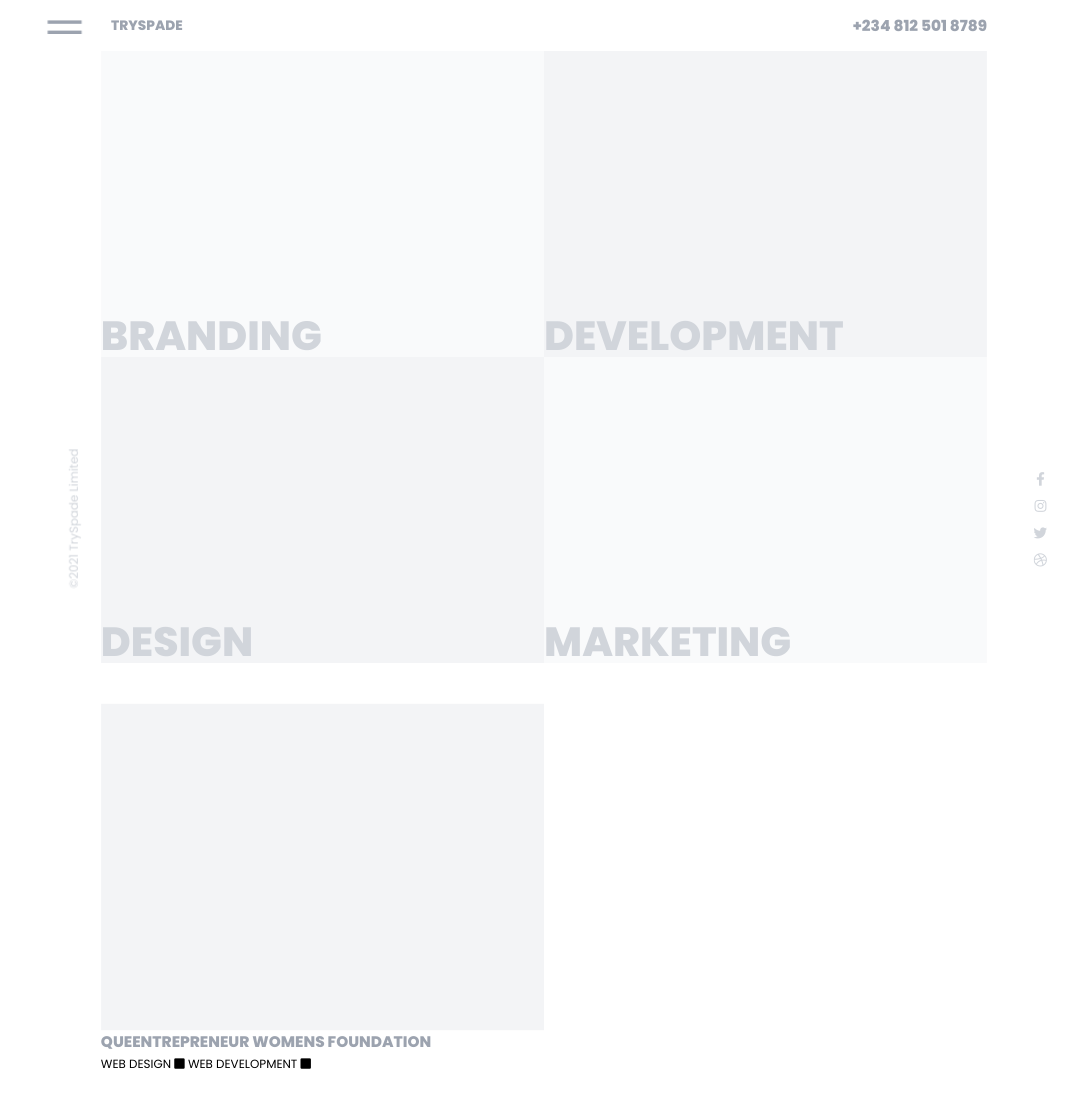
Repository: latenightsnacc/super-octo-fortnight
Page: new.html
An editor plug-in stored every save of this project. The page is shown before and after the next save, followed by the edit.
The browser window is 1280 px wide. The pictures show the whole page, at 85% of full size.
Some web libraries are served in a nearby version.

Above is the page before, as saved 2021-03-01 14:13:03.

### new.html
<!DOCTYPE html>
<html lang="en">
<head>
    <meta charset="UTF-8">
    <meta name="viewport" content="width=device-width, initial-scale=1.0">
    <!--Tailwind 2.0.2-->
    <link href="https://cdnjs.cloudflare.com/ajax/libs/tailwindcss/2.0.2/tailwind.min.css" rel="stylesheet">
    <!--Font Awesome 5.15.1-->
    <link rel="stylesheet" href="https://cdnjs.cloudflare.com/ajax/libs/font-awesome/5.15.1/css/all.min.css" integrity="sha512-+4zCK9k+qNFUR5X+cKL9EIR+ZOhtIloNl9GIKS57V1MyNsYpYcUrUeQc9vNfzsWfV28IaLL3i96P9sdNyeRssA==" crossorigin="anonymous" />
    <!-- Bootstrap 5.0.0 Beta-->
    <link href="https://cdn.jsdelivr.net/npm/bootstrap@5.0.0-beta1/dist/css/bootstrap.min.css" rel="stylesheet" integrity="sha384-giJF6kkoqNQ00vy+HMDP7azOuL0xtbfIcaT9wjKHr8RbDVddVHyTfAAsrekwKmP1" crossorigin="anonymous" />
    <!-- UIkit CSS -->
    <link rel="stylesheet" href="https://cdn.jsdelivr.net/npm/uikit@3.6.9/dist/css/uikit.min.css" />
    <!--FAVICON-->
    <link rel="apple-touch-icon" sizes="180x180" href="/apple-touch-icon.png">
    <link rel="icon" type="image/png" sizes="32x32" href="/favicon-32x32.png">
    <link rel="icon" type="image/png" sizes="16x16" href="/favicon-16x16.png">
    <link rel="manifest" href="/site.webmanifest">

    <title>TrySpade - Digital Agency</title>
    <style>
        @import url('https://fonts.googleapis.com/css2?family=Poppins:wght@100;300;400;800&display=swap');
        *{font-family: 'Poppins', sans-serif;}
    </style>
</head>
<body>
    <div class="flex flex-row min-h-screen">
        <div class="w-1/12  h-full ">
            <div class="fixed top-0 left-8">
                <div class="flex flex-col p-4">
                    <span class="w-10 border-2 border-gray-400 mb-2"></span>
                    <span class="w-10 border-2 border-gray-400"></span>
                </div>
            </div>
            <div class="fixed bottom-20 left-1">
                <p class="text-gray-300 transform text-sm -rotate-90">&copy;2021 TrySpade Limited</p>
            </div>
        </div>
        <!--MAIN COLUMN-->
        <div class="w-10/12">
            <!--HEADER-->
            <header>
                <div class="container">
                    <div class="flex flex-row py-3 items-center">
                        <div class="w-1/2 flex flex-row items-center">
                            <div class="ml-3 uppercase font-bold text-gray-400">tryspade</div>
                        </div>
                        <div class="w-1/2 flex flex-row items-center justify-end">
                            <a href="tel:+2348125018789" class="text-gray-400 hover:no-underline font-bold text-lg">+234 812 501 8789</a>
                            <!-- <a class="no-underline hover:no-underline">

                            </a> -->
                        </div>
                    </div>
                </div>
            </header>
            <!--END OF HEADER-->

            <!--TRYSPADE SERVICES-->
            <section id="services">
                <div class="container">
                    <div class="flex flex-row h-screen">
                        <div class="w-1/2 flex flex-col">
                        <div class="bg-gray-50 h-50 group hover:shadow-2xl hover:shadow-inner">
                            <div class="flex h-full items-end">
                                <div class="uppercase text-2xl md:text-5xl text-gray-300 font-bold group-hover:text-gray-700">branding</div>
                            </div>
                        </div>
                        <div class="bg-gray-100 h-50 group hover:shadow-2xl hover:shadow-inner">
                            <div class="flex h-full items-end">
                                <div class="uppercase text-2xl md:text-5xl text-gray-300 font-bold group-hover:text-gray-700">design</div>
                            </div>
                        </div>
                        </div>
                        <div class="w-1/2 flex flex-col">
                        <div class="bg-gray-100 h-50 group hover:shadow-2xl hover:shadow-inner">
                            <div class="flex h-full items-end">
                                <div class="uppercase text-2xl md:text-5xl text-gray-300 font-bold group-hover:text-gray-700">development</div>
                            </div>
                        </div>
                        <div class="bg-gray-50 h-50 group hover:shadow-2xl hover:shadow-inner">
                            <div class="flex h-full items-end">
                                <div class="uppercase text-2xl md:text-5xl text-gray-300 font-bold group-hover:text-gray-700">marketing</div>
                            </div>
                        </div>
                        </div>
                    </div>
                </div>
            </section>
            <!--END OF TRYSPADE SERVICES-->
            <div class="my-5"></div>
            <!--PORTFOLIO-->
            <section id="our-work">
                <div class="container">
                    <div class="flex flex-row">
                        <div class="md:w-1/2">
                            <div class="w-full bg-gray-100 h-96">

                            </div>
                            <a href="#" class="text-gray-400 py-2 uppercase font-bold text-lg hover:no-underline hover:text-gray-500">queentrepreneur womens foundation</a>
                            <div>
                                <a href="#" class="text-black uppercase hover:no-underline hover:text-black text-sm">
                                    web design
                                    <span class="text-black text-sm">
                                        <i class="fas fa-square"></i>
                                    </span>
                                </a>
                                <a href="#" class="text-black uppercase hover:no-underline hover:text-black text-sm">
                                    web development
                                    <span class="text-black text-sm">
                                        <i class="fas fa-square"></i>
                                    </span>
                                </a>
                            </div>
                        </div>
                        <div class="w-1/2"></div>
                    </div>
                </div>
            </section>
            <!--END OF PORTFOLIO-->
            <div class="my-5"></div>
        </div>
        <!--END OF MAIN COLUMN-->

        <!--SIDE COLUMN-->
        <div class="w-1/12 bg-blue-300 h-full">
            <div class="fixed bottom-10 right-12">
                <div class="flex flex-col items-center justify-end h-full">
                    <a href="#" class="mb-2 text-gray-300 hover:no-underline hover:text-gray-700">
                        <i class="fab fa-facebook-f"></i>
                    </a>
                    <a href="#" class="mb-2  text-gray-300 hover:no-underline hover:text-gray-700">
                        <i class="fab fa-instagram"></i>
                    </a>
                    <a href="#" class="mb-2  text-gray-300 hover:no-underline hover:text-gray-700">
                        <i class="fab fa-twitter"></i>
                    </a>
                    <a href="#" class="mb-2  text-gray-300 hover:no-underline hover:text-gray-700">
                        <i class="fab fa-dribbble"></i>
                    </a>
                </div>
            </div>
        </div>
        <!--END OF SIDE COLUMN-->
    </div>

    <!-- UIkit JS -->
    <script src="https://cdn.jsdelivr.net/npm/uikit@3.6.9/dist/js/uikit.min.js"></script>
    <script src="https://cdn.jsdelivr.net/npm/uikit@3.6.9/dist/js/uikit-icons.min.js"></script>
    <!--BOOTSTRAP CDN-->
    <script src="https://cdn.jsdelivr.net/npm/bootstrap@5.0.0-beta1/dist/js/bootstrap.bundle.min.js" integrity="sha384-ygbV9kiqUc6oa4msXn9868pTtWMgiQaeYH7/t7LECLbyPA2x65Kgf80OJFdroafW" crossorigin="anonymous"></script>
    <!--JQUERY CDN-->
    <script src="https://ajax.googleapis.com/ajax/libs/jquery/3.4.1/jquery.min.js"></script>
    <!-- Start of HubSpot Embed Code -->
    <!-- <script type="text/javascript" id="hs-script-loader" async defer src="//js.hs-scripts.com/9284931.js"></script> -->
    <!-- End of HubSpot Embed Code -->
</body>
</html>

After the next save:
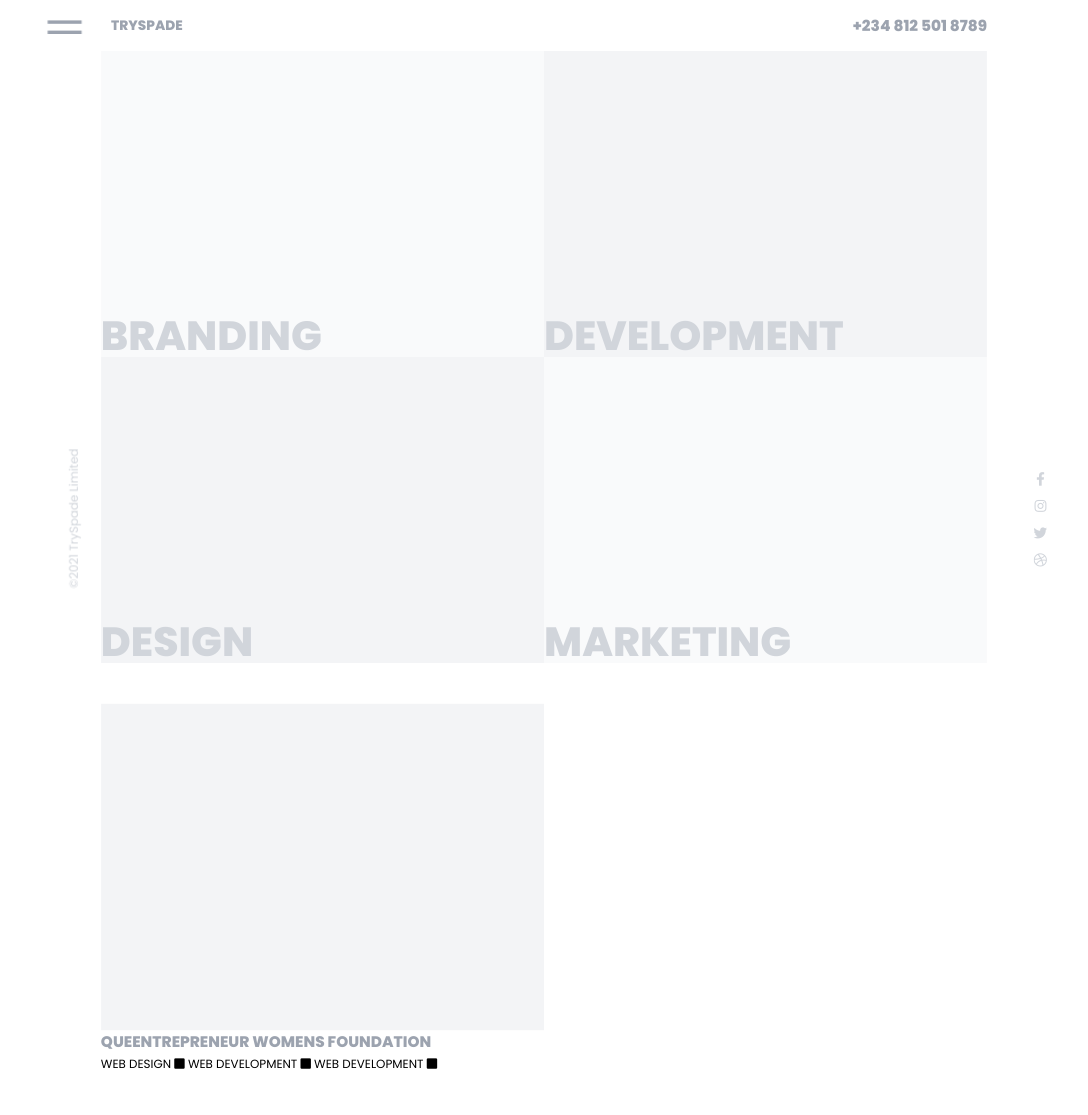
Saved 24 s later.
--- a/new.html
+++ b/new.html
@@ -111,6 +111,12 @@
                                         <i class="fas fa-square"></i>
                                     </span>
                                 </a>
+                                <a href="#" class="text-black uppercase hover:no-underline hover:text-black text-sm">
+                                    web development
+                                    <span class="text-black text-sm">
+                                        <i class="fas fa-square"></i>
+                                    </span>
+                                </a>
                             </div>
                         </div>
                         <div class="w-1/2"></div>
